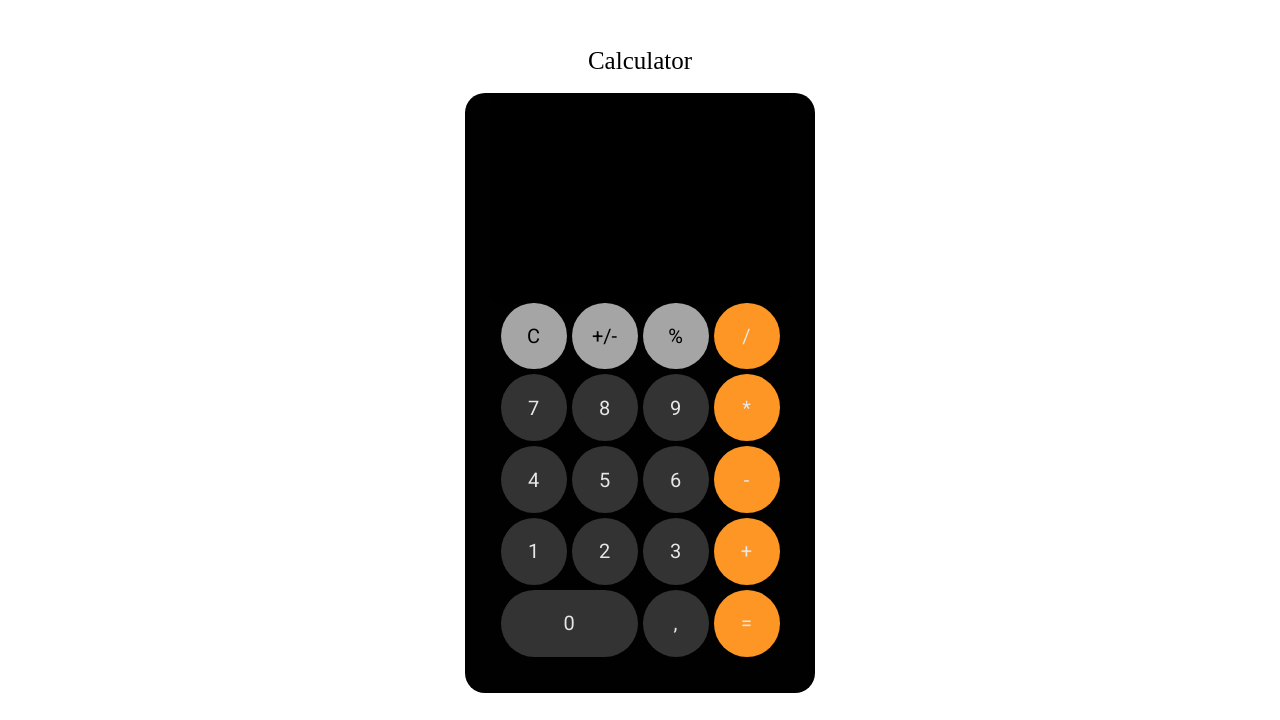
Repository: Gibon9/SimpleCalc
Page: index.html
These files come from the project's save history. The page is drawn as it stood at one moment and after the next save; the edit follows.
The browser window is 1280 px wide. The pictures show the whole page.
Some web fonts or font styles are not loaded; a fallback is used.

Above is the page before, as saved 2020-11-27 19:55:47.

After the next save:
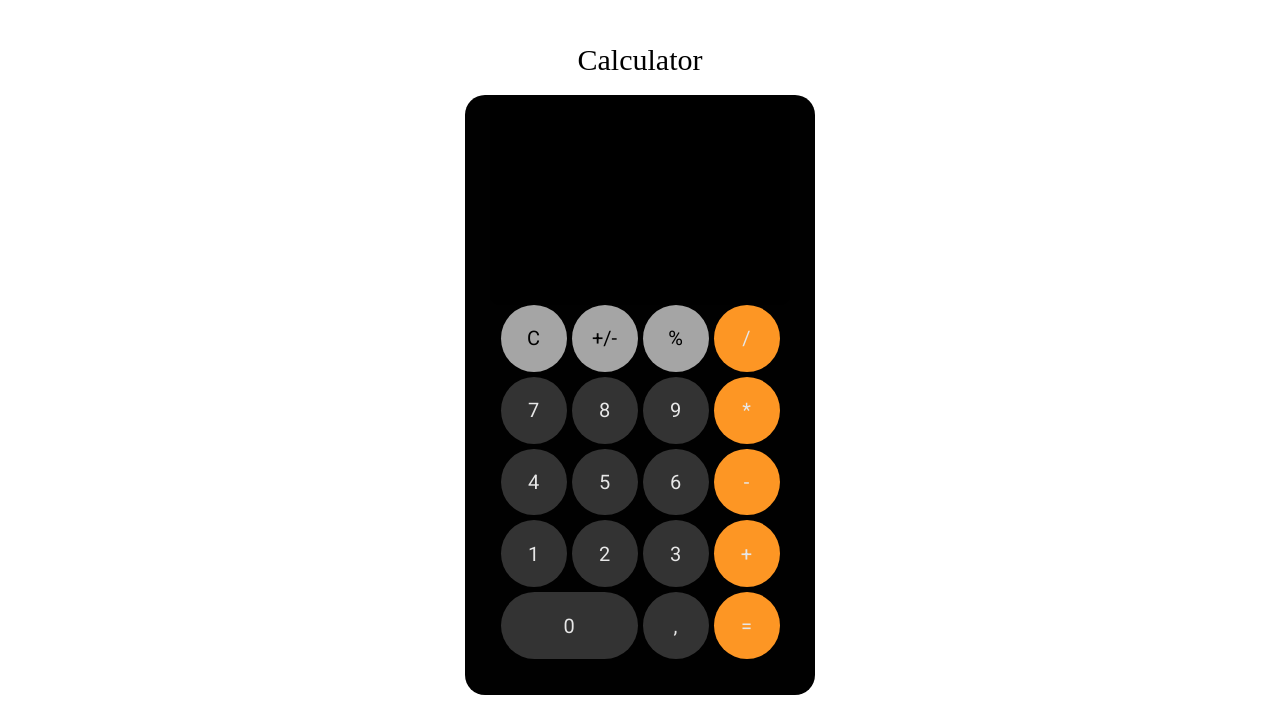
Saved 17 h 24 min later.
--- a/style/style.css
+++ b/style/style.css
@@ -32,7 +32,7 @@
 }
 
 .title {
-  font-size: 25px;
+  font-size: 30px;
   margin: 20px 0;
 }
 
